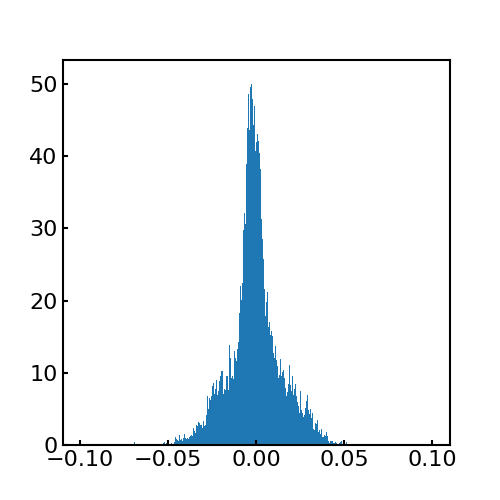
Repository: nishimuraHikar/PythonShowGraph
Script's output: python main.py
These files come from the project's save history. The script's output is drawn as it stood at one moment and after the next save; the edit follows.
Random numbers start from a fixed seed.

Above is the script's output before, as saved 2022-03-03 02:21:16.

After the next save:
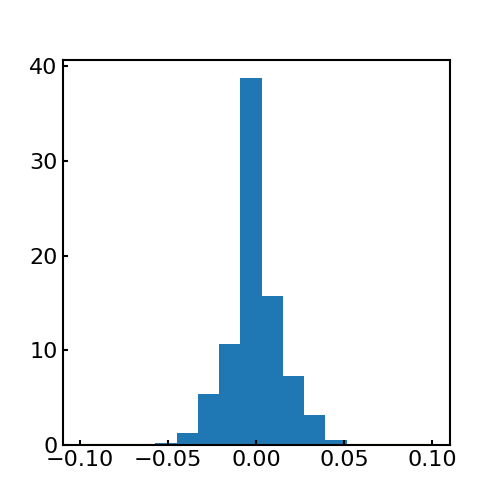
Saved 9 s later.
--- a/main.py
+++ b/main.py
@@ -13,4 +13,4 @@ predictdatay = graph.ReadColumn(datafile, 4)
 # graph.graph_1data(timedata, rawdata, "Raw Data")
 # graph.graph_2data(timedata, rawdata, predictdata, "Raw Data", "Predict Data")
 # graph.multiplot_2and1(timedata, forcedatax, predictdatax, forcedatay,predictdatay, "Actual X", "Predict X", "Actual Y", "Predict Y")
-graph.histgram(forcedatax-predictdatax, 500, 100)
+graph.histgram(forcedatax-predictdatax, 10, 100)
